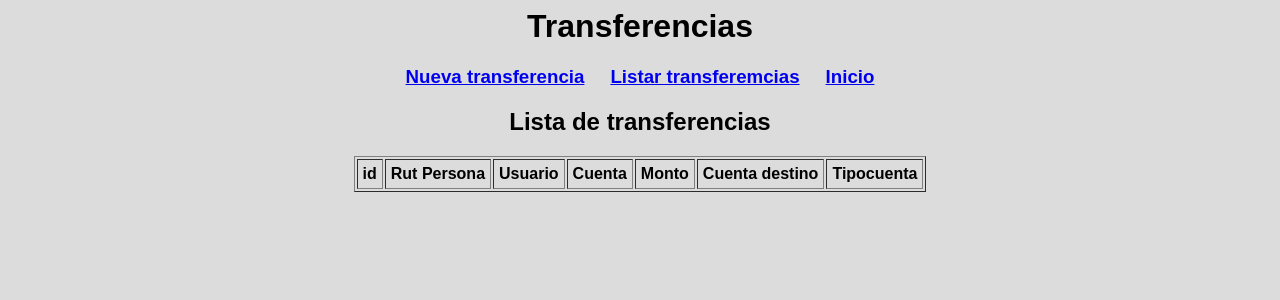
Repository: miguelalvarezcl/examen
Page: http://localhost/CtaCorriente/listTransferencia
These files come from the project's save history. The page is drawn as it stood at one moment and after the next save; the edit follows.
The browser window is 1280 px wide. The pictures show the whole page.
The page is served by Tomcat 9. Other server files are loaded and not shown. Queries for data that is not in the repository find no rows.

Above is the page before, as saved 2021-11-13 05:22:29.

### CtaCorriente/WebContent/ListaTransferencia.jsp
<%@ page language="java" contentType="text/html; charset=UTF-8"
    pageEncoding="UTF-8"%>
<%@ taglib uri="http://java.sun.com/jsp/jstl/core" prefix="c" %>
<html>
<head>
    <title>Banco Platinum</title>
</head>
<body>
    <center>
        <h1>Transferencias</h1>
        <h3>
            <a href="/CtaCorriente/newtransferencia">Nueva transferencia</a>
            &nbsp;&nbsp;&nbsp;
            <a href="/CtaCorriente/listTransferencia">Listar transferemcias</a>
            &nbsp;&nbsp;&nbsp;
            <a href="/CtaCorriente/home.jsp">Inicio</a>
        </h3>
    </center>
    <div align="center">
        <table border="1" cellpadding="5">
            <h2>Lista de transferencias</h2>
            <tr>
                <th>id</th>
                <th>Rut Persona</th>
                <th>Usuario</th>
                <th>Cuenta</th>
                <th>Monto</th>
                <th>Cuenta destino</th>
                <th>Tipocuenta</th>


            </tr>
            <c:forEach var="transferencia" items="${listTransferencia}">
                <tr>
                    <td><c:out value="${transferencia.id}" /></td>
                    <td><c:out value="${transferencia.rutpersona}" /></td>
                    <td><c:out value="${transferencia.idusuario}" /></td>
                    <td><c:out value="${transferencia.idcuenta}" /></td>
                    <td><c:out value="${transferencia.montotransferencia}" /></td>
                    <td><c:out value="${transferencia.cuentatransferencia}" /></td>
                    <td><c:out value="${transferencia.tipocuenta}" /></td>


                </tr>
            </c:forEach>
        </table>
    </div>
</body>
</html>

<style>
body{
	font-family: arial, helvetica;
	background: #DCDCDC;
}
</style>

### CtaCorriente/src/com/platinum/ControllerServlet.java
package com.platinum;

import java.io.IOException;
import java.sql.SQLException;
import java.util.List;

import javax.servlet.RequestDispatcher;
import javax.servlet.ServletException;
import javax.servlet.http.HttpServlet;
import javax.servlet.http.HttpServletRequest;
import javax.servlet.http.HttpServletResponse;


public class ControllerServlet extends HttpServlet {
    private static final long serialVersionUID = 1L;
    private UsuariobdDAO usuariobdDAO;
    private PersonabdDAO personabdDAO;
    private CuentabdDAO cuentabdDAO;
    private TransferenciaDAO transferenciaDAO;

    public void init() {
        String jdbcURL = getServletContext().getInitParameter("jdbcURL");
        String jdbcUsername = getServletContext().getInitParameter("jdbcUsername");
        String jdbcPassword = getServletContext().getInitParameter("jdbcPassword");

        usuariobdDAO = new UsuariobdDAO(jdbcURL, jdbcUsername, jdbcPassword);
        personabdDAO = new PersonabdDAO(jdbcURL, jdbcUsername, jdbcPassword);
        cuentabdDAO = new CuentabdDAO(jdbcURL, jdbcUsername, jdbcPassword);
        transferenciaDAO = new TransferenciaDAO(jdbcURL, jdbcUsername, jdbcPassword);

    }

    protected void doPost(HttpServletRequest request, HttpServletResponse response)
            throws ServletException, IOException {
        doGet(request, response);
    }

    protected void doGet(HttpServletRequest request, HttpServletResponse response)
            throws ServletException, IOException {
        String action = request.getServletPath();

        try {
            switch (action) {
            case "/new":
                showNewForm(request, response);
                break;
            case "/newpersona":
                showNewFormPersona(request, response);
                break;

            case "/newcuenta":
                showNewFormCuenta(request, response);
                break;

            case "/newtransferencia":
                showNewFormTransferencia(request, response);
                break;

            case "/insert":
                insertUsuariobd(request, response);
                break;

            case "/insertpersona":
                insertPersonabd(request, response);
                break;

            case "/insertcuenta":
                insertCuentabd(request, response);
                break;

            case "/inserttransferencia":
                insertTransferencia(request, response);
                break;
            case "/deletecuenta":
                deleteCuentabd(request, response);
                break;

            case "/deletepersona":
                deletePersonabd(request, response);
                break;
            case "/delete":
                deleteUsuariobd(request, response);
                break;
            case "/editpersona":
                showEditFormPersona(request, response);
                break;

            case "/editcuenta":
                showEditFormCuenta(request, response);
                break;

            case "/edit":
                showEditForm(request, response);
                break;
            case "/update":
                updateUsuariobd(request, response);
                break;
            case "/updatepersona":
                updatePersonabd(request, response);
                break;

            case "/updatecuenta":
                updateCuentabd(request, response);
                break;


            case "/listPersonabd":
            	listPersonabd(request, response);
                break;

            case "/listCuentabd":
            	//System.out.println("1");
            	listCuentabd(request, response);
                break;
            case "/listTransferencia":
            	listTransferencia(request, response);
                break;
            default:
                listUsuariobd(request, response);
                break;
            }
        } catch (SQLException ex) {
            throw new ServletException(ex);
        }
    }



    private void listTransferencia(HttpServletRequest request, HttpServletResponse response)
            throws SQLException, IOException, ServletException {


        List<Transferencia> listTransferencia = transferenciaDAO.listAllTransferencia();

        request.setAttribute("listTransferencia", listTransferencia);
        RequestDispatcher dispatcher = request.getRequestDispatcher("ListaTransferencia.jsp");
        dispatcher.forward(request, response);
    }

    private void listCuentabd(HttpServletRequest request, HttpServletResponse response)
            throws SQLException, IOException, ServletException {


        List<Cuentabd> listCuentabd = cuentabdDAO.listAllCuentabd();

        request.setAttribute("listCuentabd", listCuentabd);
        RequestDispatcher dispatcher = request.getRequestDispatcher("ListaCuentas.jsp");
        dispatcher.forward(request, response);
    }

    private void listPersonabd(HttpServletRequest request, HttpServletResponse response)
            throws SQLException, IOException, ServletException {

        List<Personabd> listPersonabd = personabdDAO.listAllPersonabd();

        request.setAttribute("listPersonabd", listPersonabd);
        RequestDispatcher dispatcher = request.getRequestDispatcher("ListaPersonas.jsp");
        dispatcher.forward(request, response);
    }

    private void listUsuariobd(HttpServletRequest request, HttpServletResponse response)
            throws SQLException, IOException, ServletException {
        List<Usuariobd> listUsuariobd = usuariobdDAO.listAllUsuariosbd();
        request.setAttribute("listUsuariobd", listUsuariobd);
        RequestDispatcher dispatcher = request.getRequestDispatcher("ListaUsuarios.jsp");
        dispatcher.forward(request, response);
    }


    private void showNewForm(HttpServletRequest request, HttpServletResponse response)
            throws ServletException, IOException {
        RequestDispatcher dispatcher = request.getRequestDispatcher("FormularioUsuario.jsp");
        dispatcher.forward(request, response);
    }

    private void showNewFormPersona(HttpServletRequest request, HttpServletResponse response)
            throws ServletException, IOException {
        RequestDispatcher dispatcher = request.getRequestDispatcher("FormularioPersona.jsp");
        dispatcher.forward(request, response);
    }

    private void showNewFormCuenta(HttpServletRequest request, HttpServletResponse response)
            throws ServletException, IOException {
        RequestDispatcher dispatcher = request.getRequestDispatcher("FormularioCuenta.jsp");
        dispatcher.forward(request, response);
    }

    private void showNewFormTransferencia(HttpServletRequest request, HttpServletResponse response)
            throws ServletException, IOException {
        RequestDispatcher dispatcher = request.getRequestDispatcher("FormularioTransferencia.jsp");
        dispatcher.forward(request, response);
    }


    private void showEditForm(HttpServletRequest request, HttpServletResponse response)
            throws SQLException, ServletException, IOException {
        int id = Integer.parseInt(request.getParameter("id"));
        Usuariobd existingUsuariobd = usuariobdDAO.getUsuariobd(id);
        RequestDispatcher dispatcher = request.getRequestDispatcher("FormularioUsuario.jsp");
        request.setAttribute("usuariobd", existingUsuariobd);
        dispatcher.forward(request, response);

    }

    private void showEditFormPersona(HttpServletRequest request, HttpServletResponse response)
            throws SQLException, ServletException, IOException {
        String rut = request.getParameter("rut");
        Personabd existingPersonabd = personabdDAO.getPersonabd(rut);
        RequestDispatcher dispatcher = request.getRequestDispatcher("FormularioPersona.jsp");
        request.setAttribute("personabd", existingPersonabd);
        dispatcher.forward(request, response);


    }

    private void showEditFormCuenta(HttpServletRequest request, HttpServletResponse response)
            throws SQLException, ServletException, IOException {
        int id = Integer.parseInt(request.getParameter("id"));
        Cuentabd existingCuentabd = cuentabdDAO.getCuentabd(id);
        RequestDispatcher dispatcher = request.getRequestDispatcher("FormularioCuenta.jsp");
        request.setAttribute("cuentabd", existingCuentabd);
        dispatcher.forward(request, response);


    }

    private void insertUsuariobd(HttpServletRequest request, HttpServletResponse response)
            throws SQLException, IOException {
        String nombreusuario = request.getParameter("nombreusuario");
        String password = request.getParameter("password");


        Usuariobd newUsuariobd = new Usuariobd(nombreusuario, password);
        usuariobdDAO.insertUsuariobd(newUsuariobd);
        response.sendRedirect("list");
    }

    private void insertPersonabd(HttpServletRequest request, HttpServletResponse response)
            throws SQLException, IOException {
    	String rut = request.getParameter("rut");
        String nombre = request.getParameter("nombre");
        String apellido = request.getParameter("apellido");
        String direccion = request.getParameter("direccion");
        String correo = request.getParameter("correo");
        String telefono = request.getParameter("telefono");

        Personabd newPersonabd = new Personabd(rut,nombre, apellido,direccion,correo,telefono);
        personabdDAO.insertPersonabd(newPersonabd);
        response.sendRedirect("listPersonabd");
    }

    private void insertTransferencia(HttpServletRequest request, HttpServletResponse response)
            throws SQLException, IOException {
        String rutpersona = request.getParameter("rutpersona");
        int idusuario = Integer.parseInt(request.getParameter("idusuario"));
        int idcuenta = Integer.parseInt(request.getParameter("idcuenta"));
        int montotransferencia = Integer.parseInt(request.getParameter("montotransferencia"));
        int cuentatransferencia = Integer.parseInt(request.getParameter("cuentatransferencia"));
        String tipocuenta = request.getParameter("tipocuenta");

        Transferencia newTransferencia = new Transferencia(rutpersona, idusuario,idcuenta,montotransferencia,cuentatransferencia,tipocuenta);
        transferenciaDAO.insertTransferencia(newTransferencia);
        response.sendRedirect("listTransferencia");
    }

    private void insertCuentabd(HttpServletRequest request, HttpServletResponse response)
            throws SQLException, IOException {
        String rutcliente = request.getParameter("rutcliente");
        String monto = request.getParameter("monto");
        String ejecutivo = request.getParameter("ejecutivo");

        Cuentabd newCuentabd = new Cuentabd(rutcliente, monto,ejecutivo);
        cuentabdDAO.insertCuentabd(newCuentabd);
        response.sendRedirect("listCuentabd");
    }


    private void updatePersonabd(HttpServletRequest request, HttpServletResponse response)
            throws SQLException, IOException {
        String rut = request.getParameter("rut");
        String nombre = request.getParameter("nombre");
        String apellido = request.getParameter("apellido");
        String direccion = request.getParameter("direccion");
        String correo = request.getParameter("correo");
        String telefono = request.getParameter("telefono");


        Personabd personabd = new Personabd(rut, nombre, apellido,direccion,correo,telefono);
        personabdDAO.updatePersonabd(personabd);
        response.sendRedirect("listPersonabd");
    }


    private void updateCuentabd(HttpServletRequest request, HttpServletResponse response)
            throws SQLException, IOException {
    	System.out.println("paso");

        String rutcliente = request.getParameter("rutcliente");
        String monto = request.getParameter("monto");
        String ejecutivo = request.getParameter("ejecutivo");
        int id = Integer.parseInt(request.getParameter("id"));
        Cuentabd cuentabd = new Cuentabd(id, rutcliente, monto , ejecutivo);
        System.out.println("paso2");
        cuentabdDAO.updateCuentabd(cuentabd);
        response.sendRedirect("listCuentabd");
    }


    private void updateUsuariobd(HttpServletRequest request, HttpServletResponse response)
            throws SQLException, IOException {
        int id = Integer.parseInt(request.getParameter("id"));
        String nombreusuario = request.getParameter("nombreusuario");
        String password = request.getParameter("password");


        Usuariobd usuariobd = new Usuariobd(id, nombreusuario, password);
        usuariobdDAO.updateUsuariobd(usuariobd);
        response.sendRedirect("list");
    }

    private void deleteUsuariobd(HttpServletRequest request, HttpServletResponse response)
            throws SQLException, IOException {
        int id = Integer.parseInt(request.getParameter("id"));

        Usuariobd usuariobd = new Usuariobd(id);
        usuariobdDAO.deleteUsuariobd(usuariobd);
        response.sendRedirect("list");

    }

    private void deletePersonabd(HttpServletRequest request, HttpServletResponse response)
            throws SQLException, IOException {
        String rut = request.getParameter("rut");

        Personabd personabd = new Personabd(rut);
        personabdDAO.deletePersonabd(personabd);
        response.sendRedirect("listPersonabd");
    }


    private void deleteCuentabd(HttpServletRequest request, HttpServletResponse response)
            throws SQLException, IOException {
        int id = Integer.parseInt(request.getParameter("id"));

        Cuentabd cuentabd = new Cuentabd(id);
        cuentabdDAO.deleteCuentabd(cuentabd);
        response.sendRedirect("listCuentabd");
    }



}

After the next save:
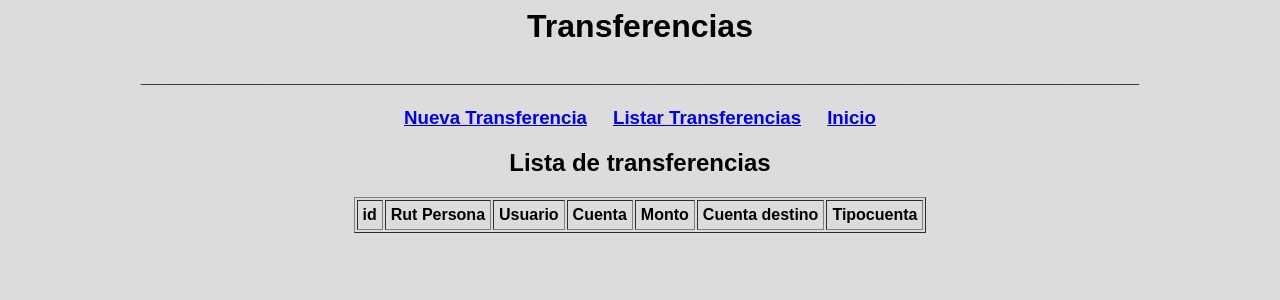
Saved 60 s later.
--- a/CtaCorriente/WebContent/ListaTransferencia.jsp
+++ b/CtaCorriente/WebContent/ListaTransferencia.jsp
@@ -8,10 +8,11 @@
 <body>
     <center>
         <h1>Transferencias</h1>
+        <h3>________________________________________________________________________________________________</h3>
         <h3>
-            <a href="/CtaCorriente/newtransferencia">Nueva transferencia</a>
+            <a href="/CtaCorriente/newtransferencia">Nueva Transferencia</a>
             &nbsp;&nbsp;&nbsp;
-            <a href="/CtaCorriente/listTransferencia">Listar transferemcias</a>
+            <a href="/CtaCorriente/listTransferencia">Listar Transferencias</a>
             &nbsp;&nbsp;&nbsp;
             <a href="/CtaCorriente/home.jsp">Inicio</a>
         </h3>
